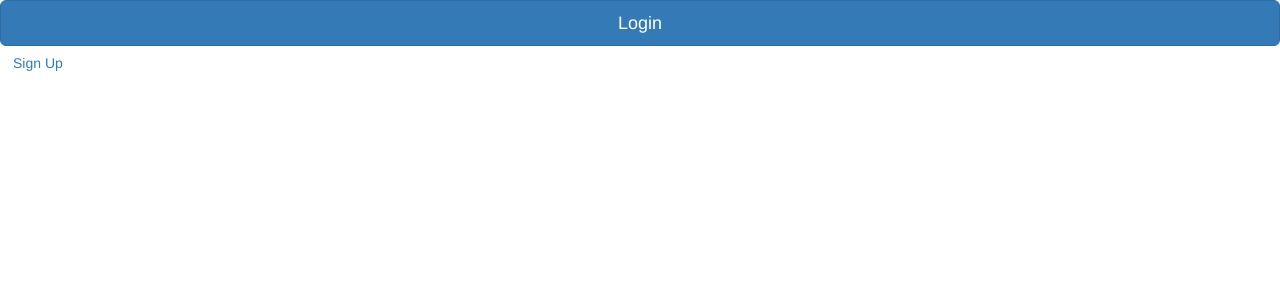
Repository: rurkss/itmee
Page: http://localhost/
The author's editor kept a record of every edit. The page is drawn from the files as they stood at one moment, then again after the next edit.
The browser window is 1280 px wide. The pictures show the whole page.
Some web libraries are served in a nearby version. The page is run by PHP 8.4 with error messages shown; the project is at /var/www/html/.

Above is the page before.
Console error (its wording comes from the project's code and is left out).

### index.php
<html>
  <head>
	<meta http-equiv="Content-Type" content="text/html; charset=utf-8" />
	<meta name="robots" content="noindex,nofollow" />
    <title>Start Page</title>
    <link rel="stylesheet" href="https://maxcdn.bootstrapcdn.com/bootstrap/3.3.1/css/bootstrap.min.css">
    <script src="https://maxcdn.bootstrapcdn.com/bootstrap/3.3.1/js/bootstrap.min.js"></script>
    <script src="http://code.jquery.com/jquery-2.1.0.min.js"></script>
</head>

<body>
  <a href="/login.php" type="button" class="btn btn-primary btn-lg btn-block">
    Login
  </a>
  <a href="/signup.php" class="btn btn-big">
    Sign Up
  </a>
</body>

After the next edit:
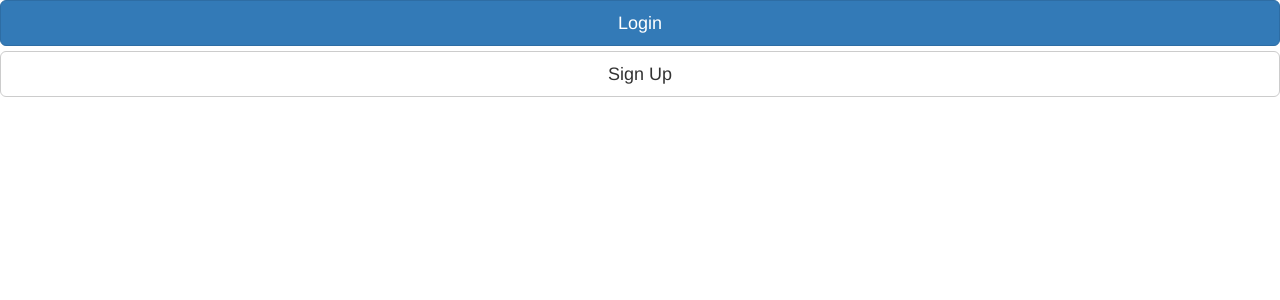
The edit:
--- a/index.php
+++ b/index.php
@@ -12,7 +12,7 @@
   <a href="/login.php" type="button" class="btn btn-primary btn-lg btn-block">
     Login
   </a>
-  <a href="/signup.php" class="btn btn-big">
+  <a href="/signup.php" type="button" class="btn btn-default btn-lg btn-block">
     Sign Up
   </a>
 </body>
